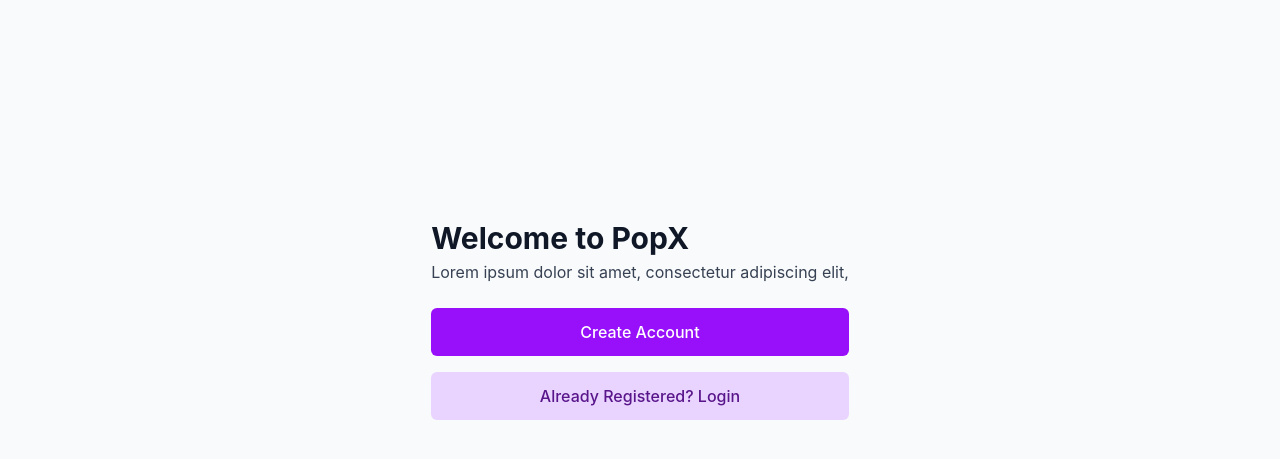
Repository: tanayburbure/inter
Page: /
The author's editor kept a copy of each file at every save. The page is drawn from the files as they stood at one save, then again after the next save.
The browser window is 1280 px wide. The pictures show the whole page.
The project was rebuilt for these pictures with package versions that can differ from the ones it lists, and the page was loaded fresh each time. Also part of the build but not shown: vite.config.js, src/pages/Login.jsx, src/pages/Signup.jsx, src/pages/Account.jsx.

Above is the page before, as saved 2025-06-17 22:23:06.

### src/index.css
@import "tailwindcss";

body {
  font-family: 'Inter', sans-serif;
}

### src/App.jsx
import React from "react";
import { BrowserRouter as Router, Routes, Route, useLocation, useNavigate } from "react-router-dom";
import Welcome from "./pages/Welcome";
import Login from "./pages/Login";
import Signup from "./pages/Signup";
import Account from "./pages/Account";

function BackButton() {
  const location = useLocation();
  const navigate = useNavigate();

  // Hide the button only on the Welcome page
  if (location.pathname === "/") return null;

  return (
    <button
      onClick={() => navigate(-1)}
      className="absolute top-4 left-4 px-4 py-2 bg-white border border-gray-300 rounded shadow text-sm hover:bg-gray-50"
    >
      ← Back
    </button>
  );
}

export default function App() {
  return (
    <Router>
      <div className="relative min-h-screen bg-gray-100 text-gray-900">
        <BackButton />
        <Routes>
          <Route path="/" element={<Welcome />} />
          <Route path="/login" element={<Login />} />
          <Route path="/signup" element={<Signup />} />
          <Route path="/account" element={<Account />} />
        </Routes>
      </div>
    </Router>
  );
}

### src/pages/Welcome.jsx
import { useNavigate } from 'react-router-dom';

export default function Welcome() {
  const navigate = useNavigate();

  return (
    <div className="min-h-screen md:items-center mg:justify-center lg:items-center lg:justify-center flex flex-col justify-end px-6 py-12 bg-gray-50">
      <div className="mb-20">
        <h1 className="text-3xl font-bold mb-1">Welcome to PopX</h1>
        <p className="text-md text-gray-700 mb-6">
          Lorem ipsum dolor sit amet, consectetur adipiscing elit,
        </p>
        <button
          onClick={() => navigate('/signup')}
          className="w-full bg-purple-600 text-white py-3 rounded-md font-medium mb-4"
        >
          Create Account
        </button>
        <button
          onClick={() => navigate('/login')}
          className="w-full bg-purple-200 text-purple-900 py-3 rounded-md font-medium"
        >
          Already Registered? Login
        </button>
      </div>
    </div>
  );
}

Loaded but not shown: index.html (common file); src/main.jsx (common file)

After the next save:
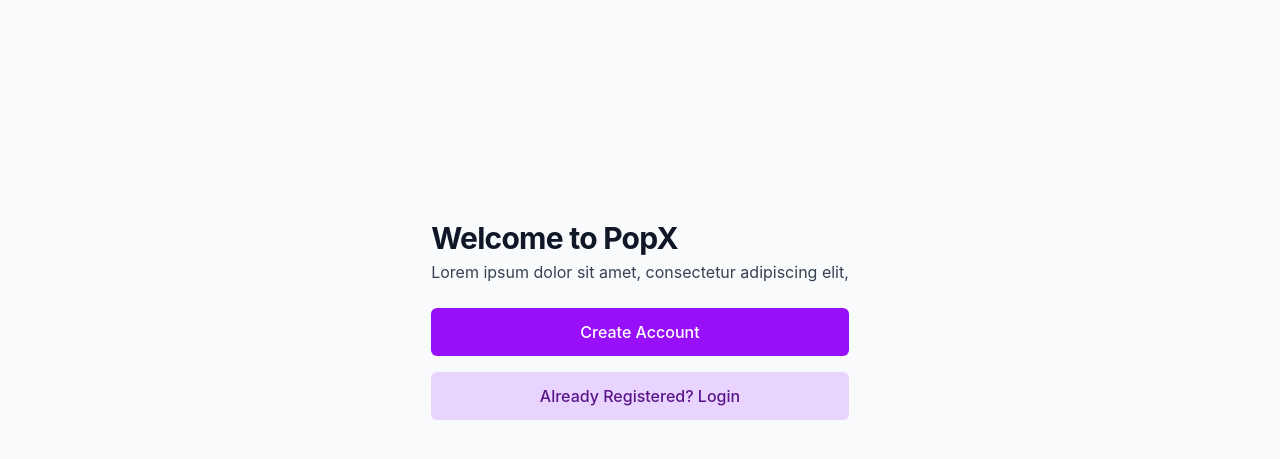
Saved 17 s later.
--- a/src/pages/Welcome.jsx
+++ b/src/pages/Welcome.jsx
@@ -6,7 +6,7 @@
   return (
     <div className="min-h-screen md:items-center mg:justify-center lg:items-center lg:justify-center flex flex-col justify-end px-6 py-12 bg-gray-50">
       <div className="mb-20">
-        <h1 className="text-3xl font-bold mb-1">Welcome to PopX</h1>
+        <h1 className="text-3xl font-bold mb-1 tracking-tight">Welcome to PopX</h1>
         <p className="text-md text-gray-700 mb-6">
           Lorem ipsum dolor sit amet, consectetur adipiscing elit,
         </p>
